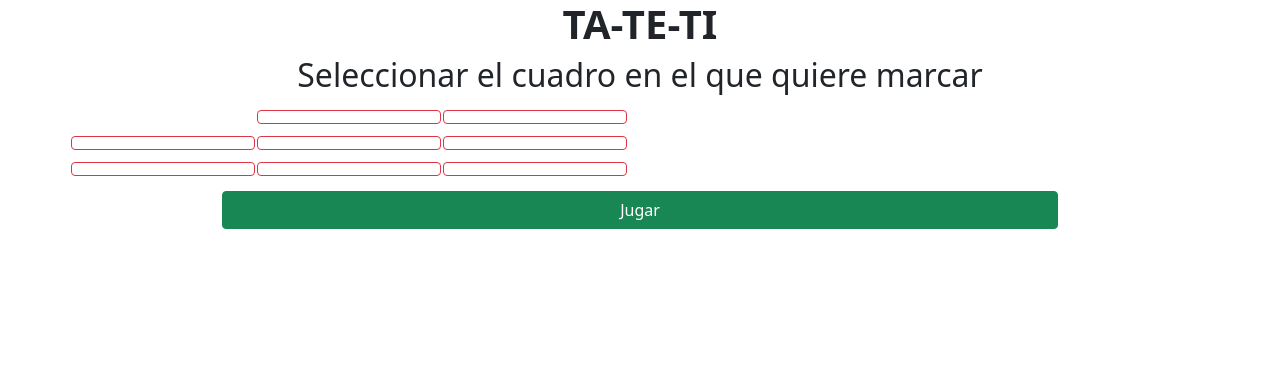
Repository: Lean97-start/TATETI
Page: Tateti.html
The author's editor kept a copy of each file at every save. The page is drawn from the files as they stood at one save, then again after the next save.
The browser window is 1280 px wide. The pictures show the whole page.

Above is the page before, as saved 2021-07-11 22:31:58.
Console error: SyntaxError: Unexpected token ')'

### Tateti.html
<!DOCTYPE html>
<html lang="en">
<head>
    <meta charset="UTF-8">
    <link rel="stylesheet" type="text/css" href="Tateti.css">
    <link rel="stylesheet" href="Tateti.js">
    <link rel="stylesheet" type="text/css" href="https://necolas.github.io/normalize.css/8.0.1/normalize.css">
    <title>TATETI</title>
    <link href="https://cdn.jsdelivr.net/npm/bootstrap@5.0.2/dist/css/bootstrap.min.css" rel="stylesheet" integrity="sha384-EVSTQN3/azprG1Anm3QDgpJLIm9Nao0Yz1ztcQTwFspd3yD65VohhpuuCOmLASjC" crossorigin="anonymous">
</head>
<body>
    <div class="container">
        <H1 class="fw-bold">TA-TE-TI</H1>
        <H2 class="fw-normal">Seleccionar el cuadro en el que quiere marcar</H2>

            <div class="row w-50 h-50 bg-white">
                <table class="bg-white ">
                    <tr>
                        <td><button class="btn  w-100 h-100" id="11"></button></td>
                        <td><button class="btn btn-outline-danger w-100 h-100" id="21"></button></td>
                        <td><button class="btn btn-outline-danger w-100 h-100" id="31"></button></td>
                    </tr>
                    <tr>
                        <td><button class="btn btn-outline-danger w-100 h-100" id="12"></button></td>
                        <td><button class="btn btn-outline-danger w-100 h-100" id="22"></button></td>
                        <td><button class="btn btn-outline-danger w-100 h-100" id="32"></button></td>
                    </tr>
                    <tr>
                        <td><button class="btn btn-outline-danger w-100 h-100" id="13"></button></td>
                        <td><button class="btn btn-outline-danger w-100 h-100" id="23"></button></td>
                        <td><button class="btn btn-outline-danger w-100 h-100" id="33"></button></td>
                    </tr>
                </table>
            </div>
            <div class="row">
                <div class="btn ">
                    <button type="button" class="btn btn-success my-1 w-75" id="btn-jugar">Jugar</button>
                </div>
            </div>

        </div>
    <script src="Tateti.js"></script>
    <script src="https://cdn.jsdelivr.net/npm/bootstrap@5.0.2/dist/js/bootstrap.bundle.min.js" integrity="sha384-MrcW6ZMFYlzcLA8Nl+NtUVF0sA7MsXsP1UyJoMp4YLEuNSfAP+JcXn/tWtIaxVXM" crossorigin="anonymous"></script>
</body>
</html>

### Tateti.css
h1{
    font-size: 55px;
    text-align: center;
}
h2{
    font-size: 30px;
    text-align: center;
}
.cuadro{
    /* border: 5px teal solid;
    background: grey; */
    position: relative;
    height: 200px;
    width: 20px;
    margin: auto;
}
.entradas{
    text-align: center;
    font-family: Arial, Helvetica, sans-serif;
    font-size: 60px;
    height: 80px;
    width: 80px;
    box-sizing: border-box;

}

### Tateti.js
let var1, var2, var3,var4, var5,var6 = undefined
function mostrar(){
    let prueba = document.getElementById('v1');
    alert(prueba);
}
function jugarTurno (){
    if(){

    }
    else if (var1 != undefined || var2 != undefined || var3 != undefined ||var4 != undefined ||var5 != undefined || var6 != undefined ){

    }


}

After the next save:
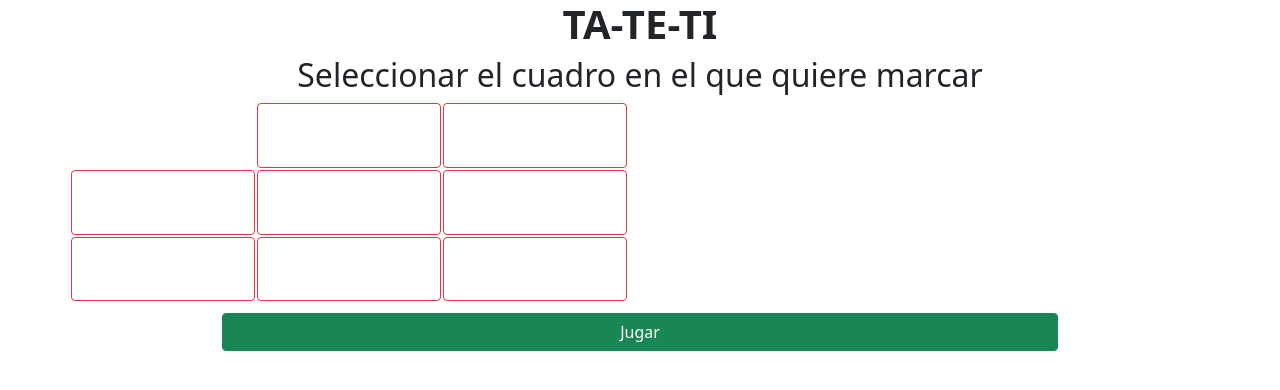
Saved 75 s later.
--- a/Tateti.html
+++ b/Tateti.html
@@ -14,7 +14,7 @@
         <H2 class="fw-normal">Seleccionar el cuadro en el que quiere marcar</H2>
 
             <div class="row w-50 h-50 bg-white">
-                <table class="bg-white ">
+                <table class="cuadro ">
                     <tr>
                         <td><button class="btn  w-100 h-100" id="11"></button></td>
                         <td><button class="btn btn-outline-danger w-100 h-100" id="21"></button></td>
